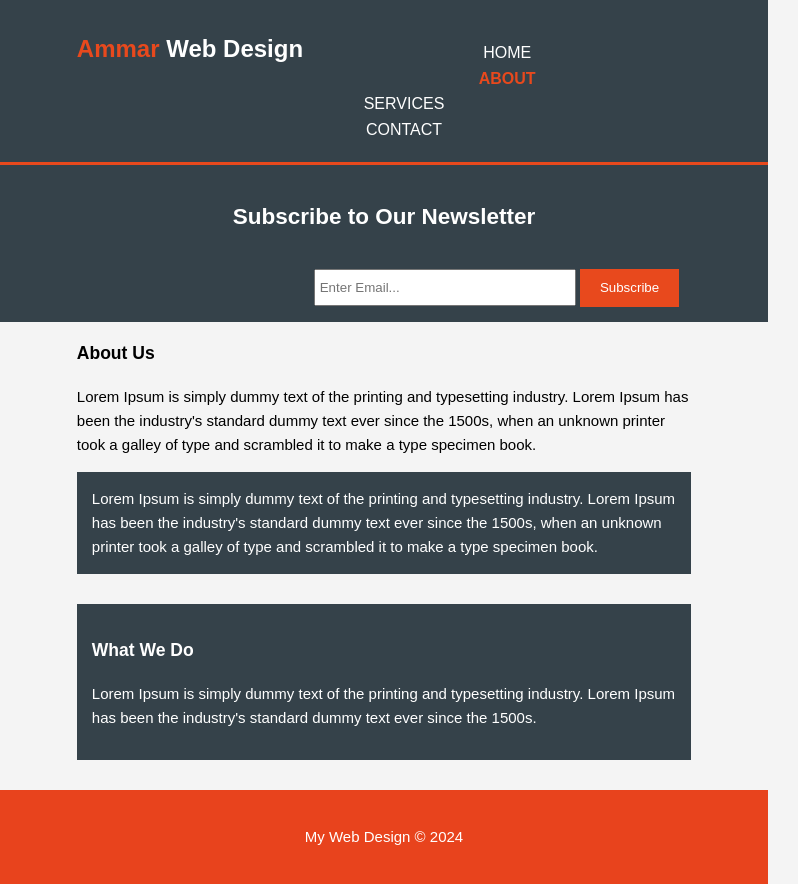
Repository: aobeid1979/html-website
Page: about.html
The author's editor kept a copy of each file at every save. The page is drawn from the files as they stood at one save, then again after the next save.
The browser window is 768 px wide. The page is 768 px wide, then 798 px, so the pictures cover 798 px, including what lies to the right of the window. The pictures show the whole page.

Above is the page before, as saved 2024-05-04 06:37:25.

After the next save:
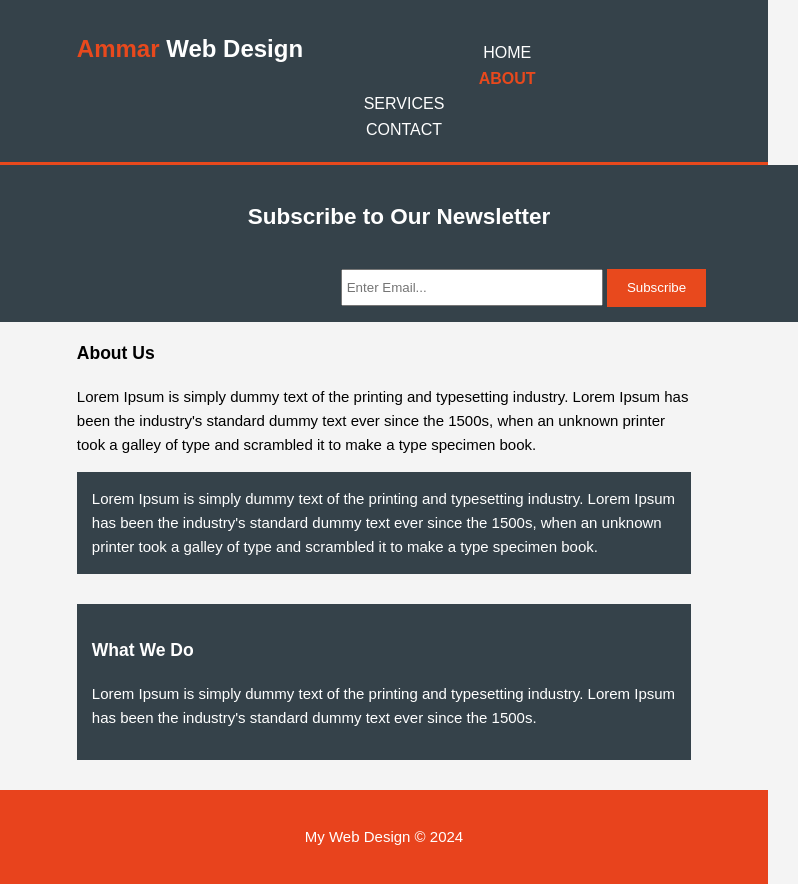
Saved 5 s later.
--- a/css/style.css
+++ b/css/style.css
@@ -172,7 +172,7 @@
 }
 
 @media(max-width: 768px){
-    header #branding, header nav, header nav ul, #newsletter h1, newsletter  ,header nav ul li{
+    header #branding, header nav, header nav ul, #newsletter h1, #newsletter  ,header nav ul li{
         float: none;
         display: block;
         width: 100%;
